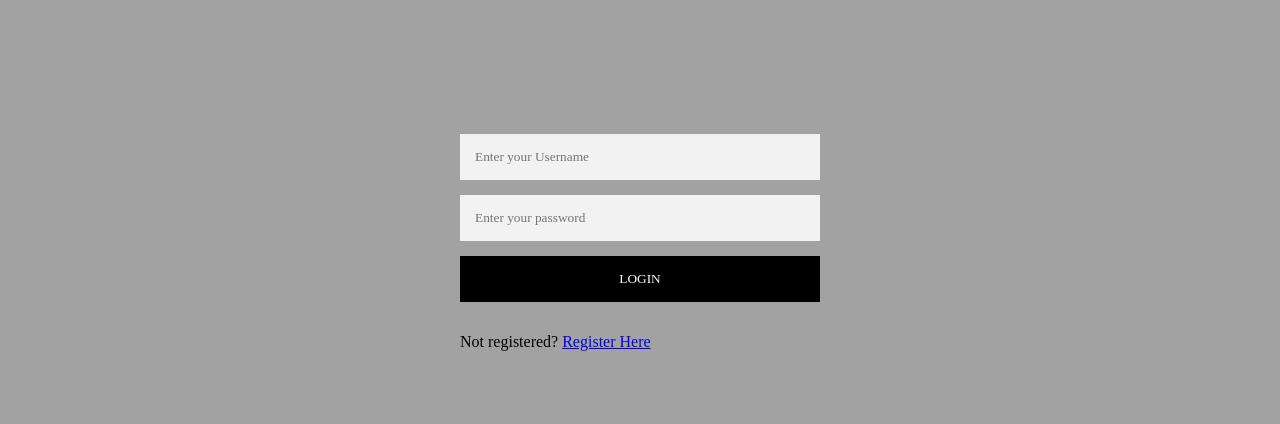
Repository: anuran-Chakraborty/JUCSE-Work
Page: 4th Year 1st Sem/Internet Technologies/Assignment4/ShoppingApp/WebContent/index.html
An editor plug-in stored every save of this project. The page is shown before and after a run of saves, followed by the edit.
The browser window is 1280 px wide. The pictures show the whole page.

Above is the page before, as saved 2019-09-14 12:12:50.

After the next 2 saves:
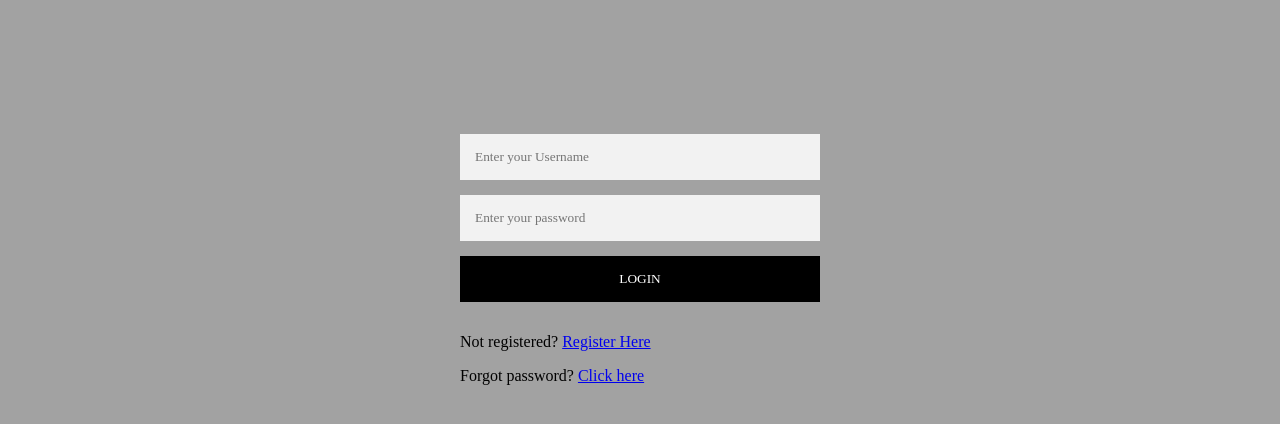
The 2 saves are shown as one change because they came seconds apart.
The last was saved 22 s later.
--- a/4th Year 1st Sem/Internet Technologies/Assignment4/ShoppingApp/WebContent/index.html
+++ b/4th Year 1st Sem/Internet Technologies/Assignment4/ShoppingApp/WebContent/index.html
@@ -50,7 +50,12 @@
 			display: none;
 		}
 
+		.forgot-pass-form{
+			display: none;
+		}
+
 		#duplicateUname{
+			display:none;
 			color: red;
 
 		}
@@ -75,6 +80,7 @@
 				<input type="password" name="password" required="" placeholder="Enter your password"><br>
 				<input type="submit" id="submit" name="submit" value="Login">
 				<p class="notReg"> Not registered? <a class="reg-here" href="#">Register Here </a></p>
+				<p class="notReg"> Forgot password? <a class="forgot-pass" href="#">Click here </a></p>
 			</form>
 
 			<form id="reg formAll" class="register-Form" action="register" method="post">
@@ -101,6 +107,12 @@
 				<p class="alreadyReg"> Already registered? <a class="login-here" href="#">Login Here </a></p>
 			</form>
 
+			<form id="forgot formAll" class="forgot-pass-form" action="forgot" method="post">
+				<input type="text" name="username" placeholder="Enter your username">
+				<input type="password" name="password" placeholder="Enter new password">
+				<input type="submit" name="submit" id="submit" value="Change Password">
+			</form>
+
 		</div>
 	</div>
 
@@ -110,11 +122,19 @@
 		$(document).ready(function(){
 			$('.reg-here').click(function(){
 				$('.loginform').hide();
+				$('.forgot-pass-form').hide();
 				$('.register-Form').show();
 			});
 
+			$('.forgot-pass').click(function(){
+				$('.loginform').hide();
+				$('.forgot-pass-form').show();
+				$('.register-Form').hide();
+			})
+
 			$('.login-here').click(function(){
 				$('.loginform').show();
+				$('.forgot-pass-form').hide();
 				$('.register-Form').hide();
 			});
 		});
